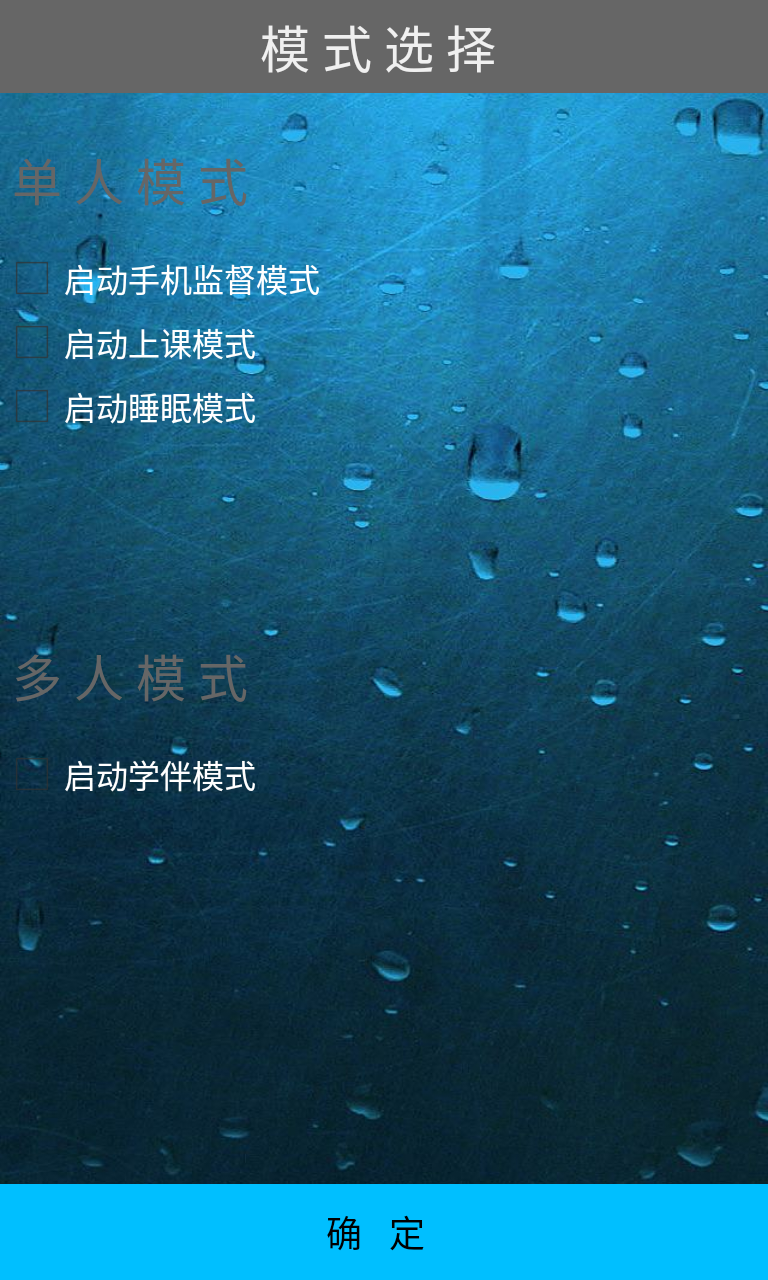
Repository: 17390089054/android
Layout: learning/res/layout/activity_second.xml
An editor plug-in stored every save of this project. The layout is shown before and after the next save, followed by the edit.
It is drawn on a 768 x 1280 px phone screen (xhdpi) without system bars, with theme AppTheme; the app's code is not run.

Above is the layout before, as saved 2018-05-01 14:17:41.

### learning/res/layout/activity_second.xml
<?xml version="1.0" encoding="utf-8"?>
<LinearLayout xmlns:android="http://schemas.android.com/apk/res/android"
    android:layout_width="match_parent"
    android:layout_height="match_parent"
    android:background="@drawable/bg2"
    android:orientation="vertical" >

    <TextView
        android:id="@+id/tv"
        android:layout_width="match_parent"
        android:layout_height="wrap_content"
        android:background="#666"
        android:gravity="center"
        android:padding="5dp"
        android:text=" 模 式 选 择  "
        android:textColor="#f0f0f0"
        android:textSize="25sp" />

    <LinearLayout
        android:layout_width="match_parent"
        android:layout_height="match_parent"
        android:layout_weight="1"
        android:orientation="vertical" >

        <TextView
            android:layout_width="match_parent"
            android:layout_height="wrap_content"
            android:layout_marginTop="25dp"
            android:text=" 单 人 模 式 "
            android:textColor="#666"
            android:textSize="25sp" />

        <CheckBox
            android:layout_width="wrap_content"
            android:layout_height="wrap_content"
            android:layout_marginTop="15dp"
             android:textColor="#fff"
            android:text="启动手机监督模式" />

        <CheckBox
            android:layout_width="wrap_content"
            android:layout_height="wrap_content"
             android:textColor="#fff"
            android:text="启动上课模式" />

        <CheckBox
            android:layout_width="wrap_content"
            android:layout_height="wrap_content"
            android:textColor="#fff"
            android:text="启动睡眠模式" />
    </LinearLayout>

    <LinearLayout
        android:layout_width="match_parent"
        android:layout_height="match_parent"
        android:layout_weight="1"
        android:orientation="vertical" >

        <TextView
            android:layout_width="wrap_content"
            android:layout_height="wrap_content"
            android:text=" 多 人 模 式 "
            android:textColor="#666"
            android:textSize="25sp" />

        <CheckBox
            android:layout_width="wrap_content"
            android:layout_height="wrap_content"
            android:layout_marginTop="15dp"
            android:textColor="#fff"
            android:text="启动学伴模式" />
    </LinearLayout>
	<Button
	    android:layout_width="match_parent"
	    android:layout_height="wrap_content"
	    android:padding="2dp"
	    android:background="#00bfff"
	    android:text=" 确   定   "
	    />
</LinearLayout>

Loaded but not shown: learning/res/values/styles.xml (common file); learning/res/values-v11/styles.xml (common file); learning/res/values-v14/styles.xml (common file)

After the next save:
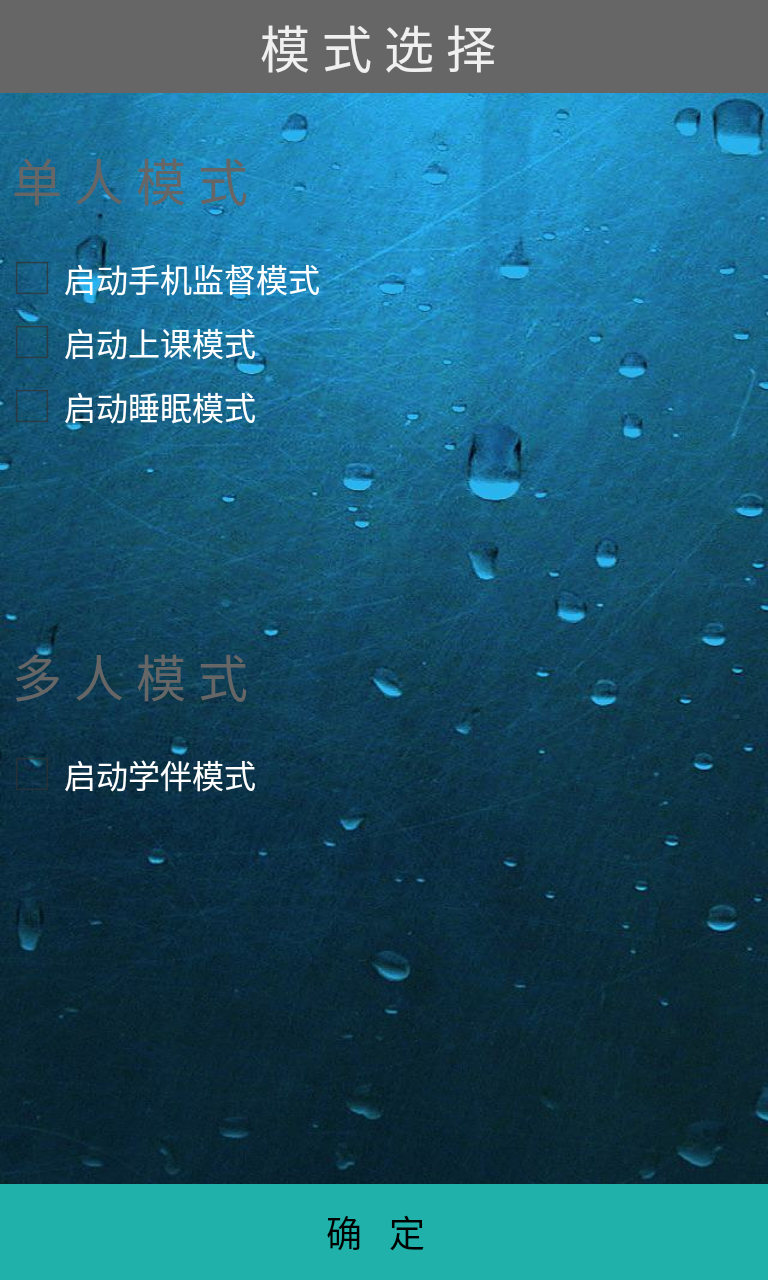
Saved 16 s later.
--- a/learning/res/layout/activity_second.xml
+++ b/learning/res/layout/activity_second.xml
@@ -74,7 +74,7 @@
 	    android:layout_width="match_parent"
 	    android:layout_height="wrap_content"
 	    android:padding="2dp"
-	    android:background="#00bfff"
+	    android:background="#20b2aa"
 	    android:text=" 确   定   "
 	    />
 </LinearLayout>
